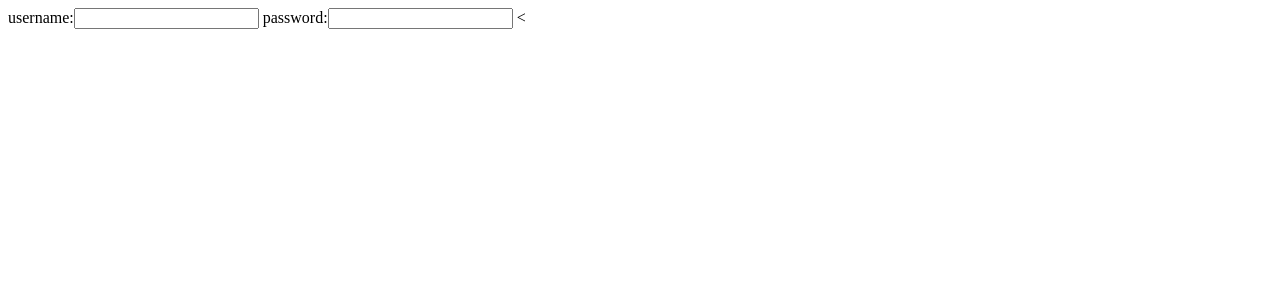
Repository: Rishicollinz/Java_Fullstack
Page: Eclipse 2/jsp3/src/main/webapp/reg.html
These files come from the project's save history. The page is drawn as it stood at one moment and after the next save; the edit follows.
The browser window is 1280 px wide. The pictures show the whole page.

Above is the page before, as saved 2023-05-18 06:14:13.

After the next save:
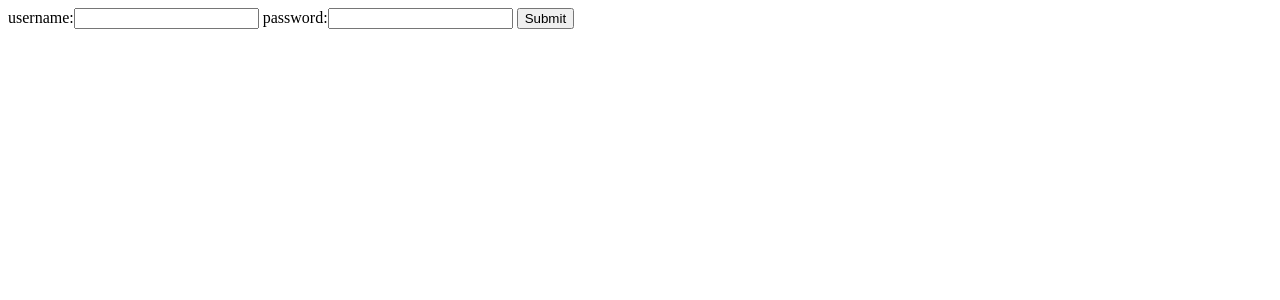
Saved 17 s later.
--- a/Eclipse 2/jsp3/src/main/webapp/reg.html
+++ b/Eclipse 2/jsp3/src/main/webapp/reg.html
@@ -8,7 +8,7 @@
 <form method="post" action="index.jsp">
 username:<input type="text" name="usr">
 password:<input type="password" name="pwd">
-<
+<button type="submit">Submit</button>
 </form>
 
 </body>
